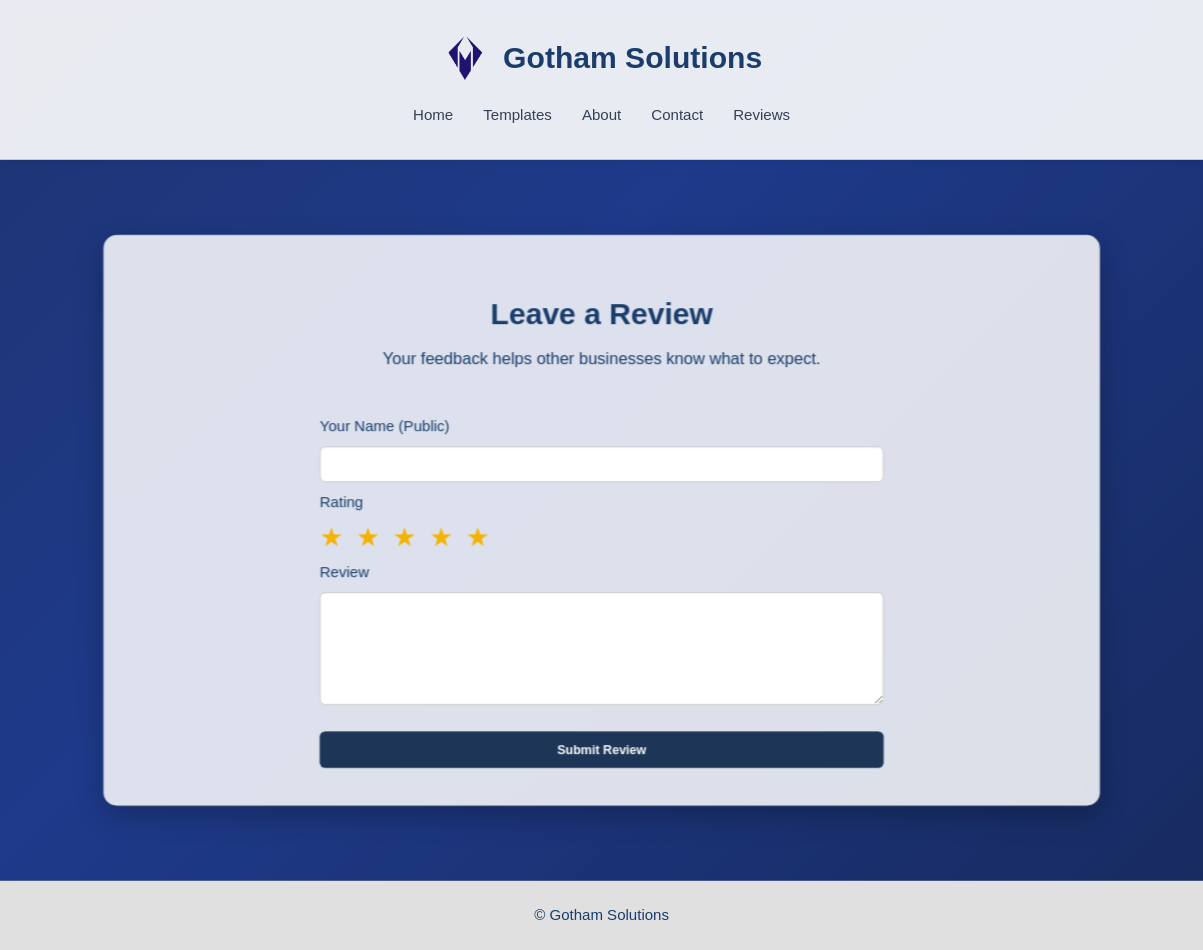
Repository: kmm569/gothamsolutions
Page: reviews/new/index.html
An editor plug-in stored every save of this project. The page is shown before and after the next save, followed by the edit.
The browser window is 1280 px wide. The pictures show the whole page, at 94% of full size.

Above is the page before, as saved 2026-03-12 11:50:38.
Console error: TypeError: Cannot set properties of null (setting 'innerText')

After the next save:
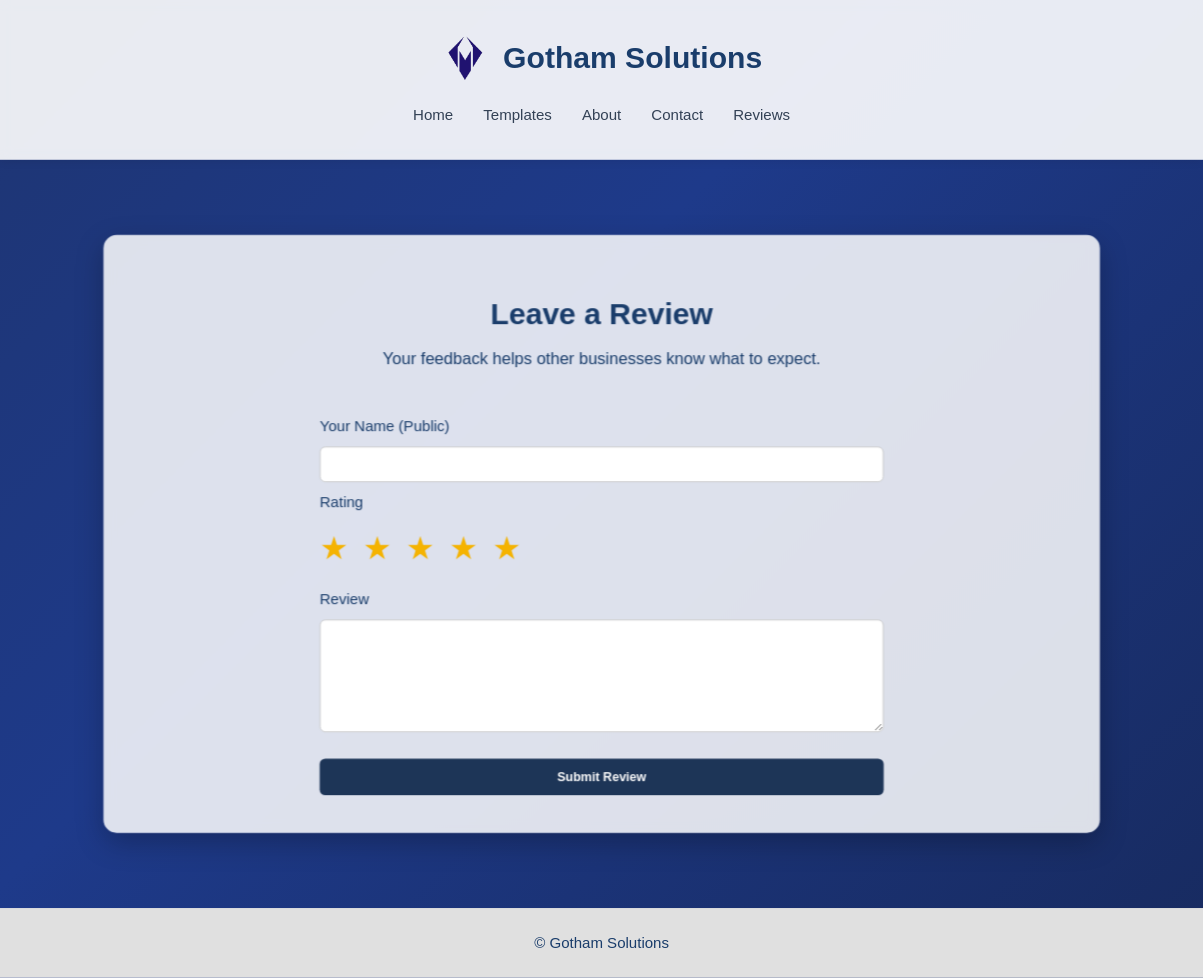
Saved 40 s later.
--- a/styles.css
+++ b/styles.css
@@ -631,10 +631,11 @@ body {
 }
 
 .star-rating{
-	font-size:28px;
 	color:#ccc;
 	cursor:pointer;
 	user-select:none;
+	font-size:34px;
+	margin:8px 0 14px 0;
 }
 
 .star-rating span{
